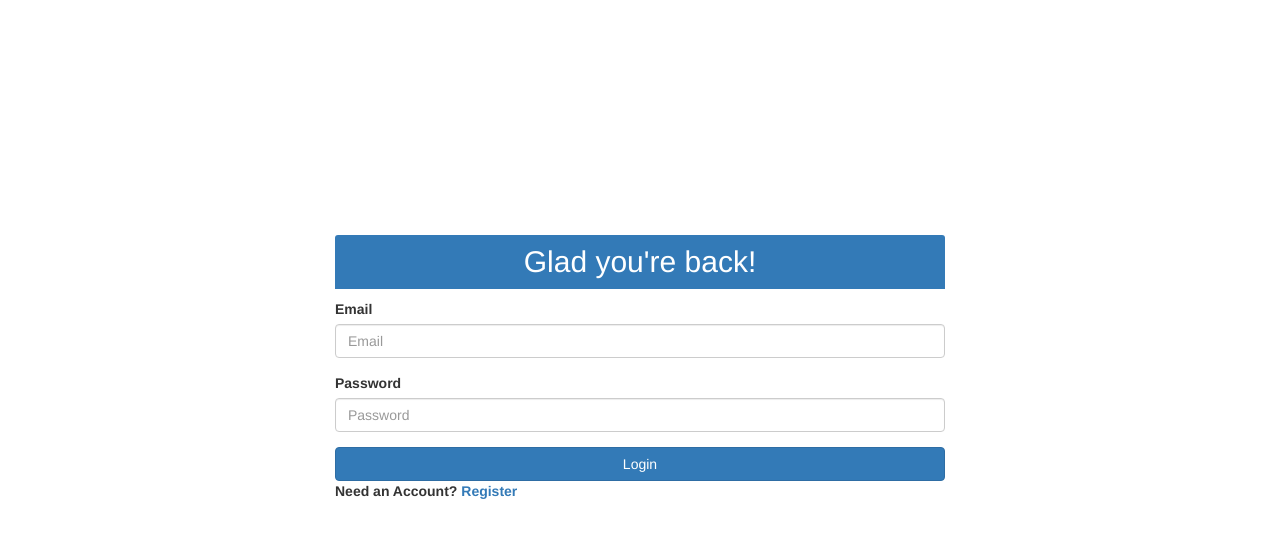
Repository: ronnydoan12345/Doan-ReimbursementProject
Page: org.revature.ERS/src/main/webapp/login.html
An editor plug-in stored every save of this project. The page is shown before and after the next save, followed by the edit.
The browser window is 1280 px wide. The pictures show the whole page.

Above is the page before, as saved 2019-01-14 22:27:34.

### org.revature.ERS/src/main/webapp/login.html
<!DOCTYPE html>
<html>

<head>
    <meta charset="utf-8">
    <title></title>
    <meta name="viewport" content="width=device-width, initial-scale=1">


    <link rel="stylesheet" href="https://maxcdn.bootstrapcdn.com/bootstrap/3.3.7/css/bootstrap.min.css">
    <link href="./Project1-FrontEnd/css/main.css" rel="stylesheet">
     <script src="https://ajax.googleapis.com/ajax/libs/jquery/3.3.1/jquery.min.js"></script>
    <script src="https://maxcdn.bootstrapcdn.com/bootstrap/3.3.7/js/bootstrap.min.js"></script>
</head>

<body>
    <div id="container">
        <form class="col-md-6" id="loginForm" name="loginForm">
            <div class="panel-primary">
                <h2 class="loginCenter panel-heading">Glad you're back!</h2>
            </div>
            <div class="form-group">
                <label for="email">Email</label>
                <input type="text" id="email" name="email" class="form-control" placeholder="Email" />
            </div>
            <div class="form-group">
                <label for="password">Password</label>
                <input type="password" id="password" name="password" class="form-control" placeholder="Password" />
            </div>
			<button type="button" id="login" onclick="getLoginData()" class="col-md-12 btn btn-primary">Login</button>
            <label>Need an Account?<a href="#" onclick="openRegisterForm()"> Register</a></label>
        </form>
    </div>
    <script src="./Project1-FrontEnd/javascript/main.js"></script>
</body>

</html>

### org.revature.ERS/src/main/webapp/Project1-FrontEnd/css/main.css




html,body {
    height: 100%;
}

#container {
    height: 100%;
    display: flex;
    justify-content: center;
    align-items: center;
}
.loginCenter {
    text-align: center;
}

    .navbar {
      margin-bottom: 0;
      border-radius: 0;
    }

    .row.content {height: 450px}

    .sidenav {
      padding-top: 20px;
      background-color: #f1f1f1;
      height: 100%;
    }

    footer {
      background-color: #555;
      color: white;
      padding: 15px;
    }

    @media screen and (max-width: 767px) {
      .sidenav {
        height: auto;
        padding: 15px;
      }
      .row.content {height:auto;}
    }

Loaded but not shown: org.revature.ERS/src/main/webapp/Project1-FrontEnd/javascript/main.js (no copy from this time; the picture is the same without it)

After the next save:
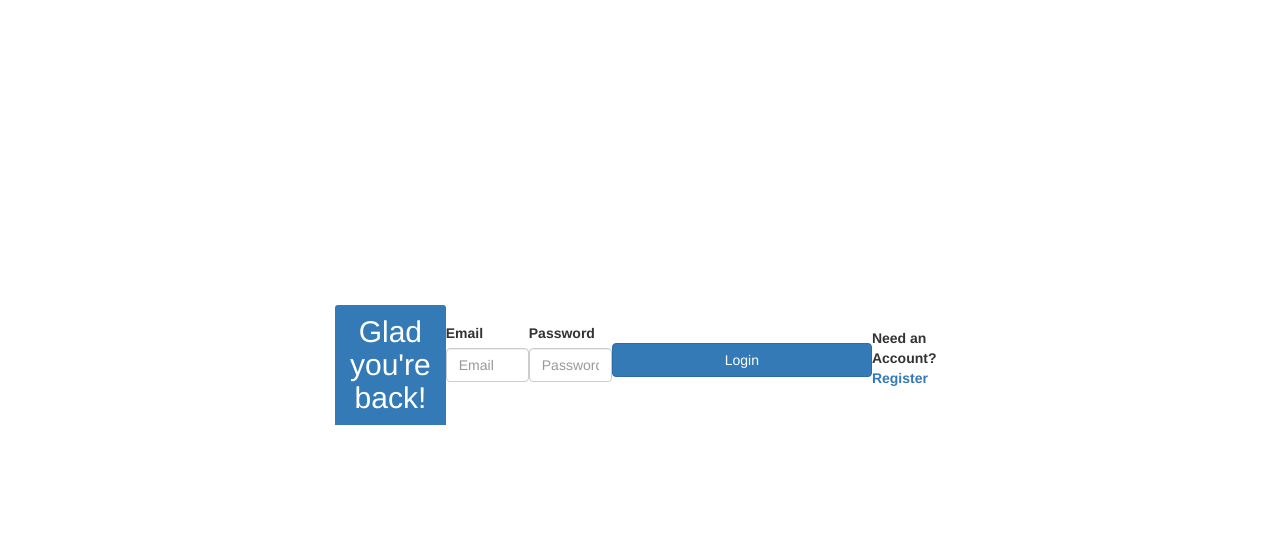
Saved 26 s later.
--- a/org.revature.ERS/src/main/webapp/login.html
+++ b/org.revature.ERS/src/main/webapp/login.html
@@ -15,7 +15,10 @@
 
 <body>
     <div id="container">
-        <form class="col-md-6" id="loginForm" name="loginForm">
+        <form style="height: 100%;
+    display: flex;
+    justify-content: center;
+    align-items: center;" class="col-md-6" id="loginForm" name="loginForm">
             <div class="panel-primary">
                 <h2 class="loginCenter panel-heading">Glad you're back!</h2>
             </div>
